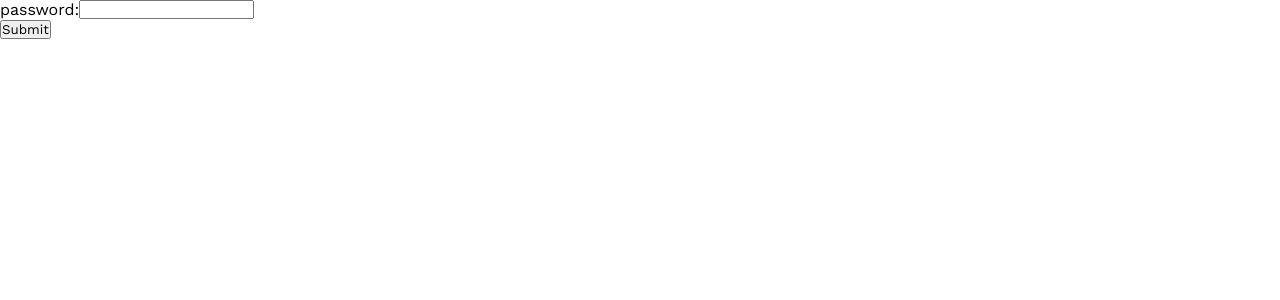
Repository: DOODpls/final_portfolio
Page: http://localhost/login
The author's editor kept a copy of each file at every save. The page is drawn from the files as they stood at one save, then again after the next save.
The browser window is 1280 px wide. The pictures show the whole page.
Some web fonts or font styles are not loaded; a fallback is used. The page is served by the project's Node server (app.js). Other server files are loaded and not shown.

Above is the page before, as saved 2019-12-11 23:23:05.

### views/adminlogin.ejs
<!DOCTYPE html>
<html lang="en">
<head>
  <meta charset="UTF-8">
  <meta name="viewport" content="width=device-width, initial-scale=1.0">
  <meta http-equiv="X-UA-Compatible" content="ie=edge">
  <link rel="stylesheet" href="/css/admin.css">
  <title>Document</title>
</head>
<body>
  <div class="admin-container">
    <form action="/admin" class="adminform">
      <div class="password">
        <p>password: </p>
        <input type="password" name="password" id="password" class="password">
      </div>
      <button type="submit" class="password-submit">Submit</button>
    </form>
  </div>
</body>
</html>

### app.js
const express = require('express');
const mongoose = require('mongoose');
require('dotenv').config();
const pageinfo = require('./page_info')
const app = express();
const path = require('path');

mongoose.connect(process.env.DB_CONNECTION, { useUnifiedTopology: true,useNewUrlParser: true });

const db = mongoose.connection;

db.on('error', console.error.bind(console, 'connection error:'));
db.once('open', function() {
  console.log('DB Connected!!!');
});

app.set('view engine', 'ejs');



app.use(express.urlencoded({ extended: false }));

app.use('/', require('./routes/routes.js'));
app.use('/blogs', require('./routes/routes.js'));
app.use('/admin', require('./routes/routes.js'));
app.use('/login', require('./routes/routes.js'));

app.use(express.static(path.join(__dirname, 'public')));

app.use(function (err, response) {
  console.error(err.body)
  response.status(404).render('404');
})

const PORT = process.env.PORT || 3000;

app.listen(PORT, function(){
  console.log(`Listening on PORT ${PORT}`)
})

### routes/routes.js
const express = require('express');
const pgrtrs = express.Router();
const pagesInfo = require('../page_info');
const bloglist = require('../models/blogschema');
var md = require('markdown-it')({
  html: true,
  linkify: true,
  typographer: true
});
var fs = require("fs");

pgrtrs.get('/', function(request, response){
  response.render('index', {
    pginfo: pagesInfo.index
  })
})

pgrtrs.get('/admin', function(request, response){
  response.render('admin', {
    pginfo: pagesInfo.admin
  })
})

pgrtrs.get('/login', function(request, response){
  response.render('adminlogin', {
    pginfo: pagesInfo.admin
  })
})

pgrtrs.get('/blogs', async function(request, response){
  const blogs = await bloglist.find();
  response.render('blogs', {
    pginfo: pagesInfo.index,
    blogss: blogs,
  })

})

pgrtrs.get('/blogs/:slug', async function(request,response){
  const blogpost = await bloglist
  .where('slug', request.params.slug);

  fs.readFile('./public/blogs/'+ blogpost[0].slug +'.md', function(err, buf) {
    const result = md.render(buf.toString());
    response.render('blogposts', {
      blogpost: blogpost[0],
      blogcont: result,
      title: blogpost[0].title,
      pginfo: pagesInfo.index
    })
  });
})

module.exports = pgrtrs;

### page_info.js
const pagesInfo = {
  index:{
    title:'Floyd Santos',
    link: '/',
    projects: [
      {
        "title" : "Homepage",
        "url" : "https://techhome.netlify.com/",
        "description" : "A basic homepage with 4 section.",
        "photo" : "/images/projs/homepage.png"
      },{
        "title" : "Photograpiya",
        "url" : "https://photograpiya.netlify.com/",
        "description" : "A 4 page portfolio/gallery made with HTML and CSS",
        "photo" : "/images/projs/photograpiya.png"
      },{
        "title" : "Tiles!",
        "url" : "https://jstiles.netlify.com/",
        "description" : "A assignment which we have to fill the section with tiles by using loop",
        "photo" : "/images/projs/tiles.png"
      },{
        "title" : "Mobile Menu",
        "url" : "https://jsmobilemenu.netlify.com/",
        "description" : "This assingment demonstrate how we make mobile menus using media query and JavaScript",
        "photo" : "/images/projs/mobilemenu.png"
      },{
        "title" : "The Weathering",
        "url" : "http://theweathering.netlify.com/",
        "description" : "A web app that shows you the current weather on your location, and you can also search for other cities",
        "photo" : "/images/projs/theweathering.png"
      },{
        "title" : "Darkblogs",
        "url" : "https://blog-secret.herokuapp.com/",
        "description" : "A blog posting website made with NodeJS",
        "photo" : "/images/projs/darkblogs.png"
      },{
        "title" : "MacEwan",
        "url" : "https://dev-macewan-university.pantheonsite.io/",
        "description" : "A website remake using Wordpress.",
        "photo" : "/images/projs/macewan.png"
      },{
        "title" : "Jekyll Portfolio",
        "url" : "https://doodpls.github.io/",
        "description" : "A portfolio made with Jekyll",
        "photo" : "/images/projs/jekyll.png"
      },
    ],
    skills: [
      {
        "class" : "fab fa-node-js",
        "desc" : "NodeJS"
      },{
        "class" : "fab fa-js-square",
        "desc" : "JavaScript"
      },{
        "class" : "fab fa-css3-alt",
        "desc" : "CSS"
      },{
        "class" : "fab fa-html5",
        "desc" : "HTML"
      },{
        "class" : "fab fa-git-alt",
        "desc" : "GIT"
      },{
        "class" : "fab fa-wordpress",
        "desc" : "WordPress"
      }
    ],
    extskills: [
      {
        "imgscr" : "https://cdn3.iconfinder.com/data/icons/brands-applications/512/Photoshop_B-512.png",
        "desc" : "Photoshop"
      },{
        "imgscr" : "https://cdn.onlinewebfonts.com/svg/img_21237.png",
        "desc" : "Illustrator"
      },{
        "imgscr" : "https://cdn4.iconfinder.com/data/icons/logos-and-brands-1/512/8_Premier_Pro_Adobe_logo_logos-512.png",
        "desc" : "Premier"
      },
    ],
    footerlinks: [
      {
        "name" : "twiiter",
        "class" : "fab fa-twitter",
        "links" : "https://bit.ly/2Ech3Jz"
      },{
        "name" : "facebook",
        "class" : "fab fa-facebook-f",
        "links" : "https://bit.ly/2REPtNd"
      },{
        "name" : "instagram",
        "class" : "fab fa-instagram",
        "links" : "https://bit.ly/34fb2qt"
      },{
        "name" : "linkedin",
        "class" : "fab fa-linkedin-in",
        "links" : "https://bit.ly/2RDMLHO"
      },{
        "name" : "github",
        "class" : "fab fa-github",
        "links" : "https://bit.ly/2PaSTpg"
      },{
        "name" : "stackoverflow",
        "class" : "fab fa-stack-overflow",
        "links" : "https://bit.ly/35bb0B4"
      },
    ]
  },
  blogs:{
    title:'Blogs'
  },
  admin: {
    title: 'Admin'
  }
}

module.exports = pagesInfo;

### public/css/admin.css
@import url('./reset.css');
@import url('./fonts.css');

.password{
  display: flex;
}

### public/css/reset.css
* {
  margin: 0;
  padding: 0;
  box-sizing: border-box;
  font-family: 'Work Sans', sans-serif;
}

/* ^^^^^^^^^^^^^^FOOTER HAXX^^^^^^^^^^^^^^^^^ */
html, body{ height:100%; margin:0; }

/* Trick */
body{
  display:flex;
  flex-direction:column;
}

footer{
  margin-top:auto;
}

### public/css/fonts.css
@import url('https://fonts.googleapis.com/css?family=Permanent+Marker|Work+Sans&display=swap');
@import url('https://fonts.googleapis.com/css?family=Staatliches&display=swap');

After the next save:
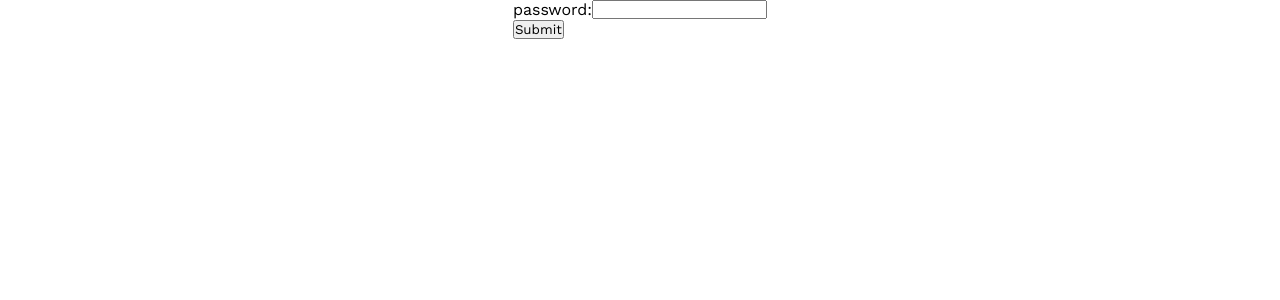
Saved 32 s later.
--- a/public/css/admin.css
+++ b/public/css/admin.css
@@ -4,3 +4,8 @@
 .password{
   display: flex;
 }
+.admin-container{
+  display: flex;
+  justify-content: center;
+  align-items: center;
+}
